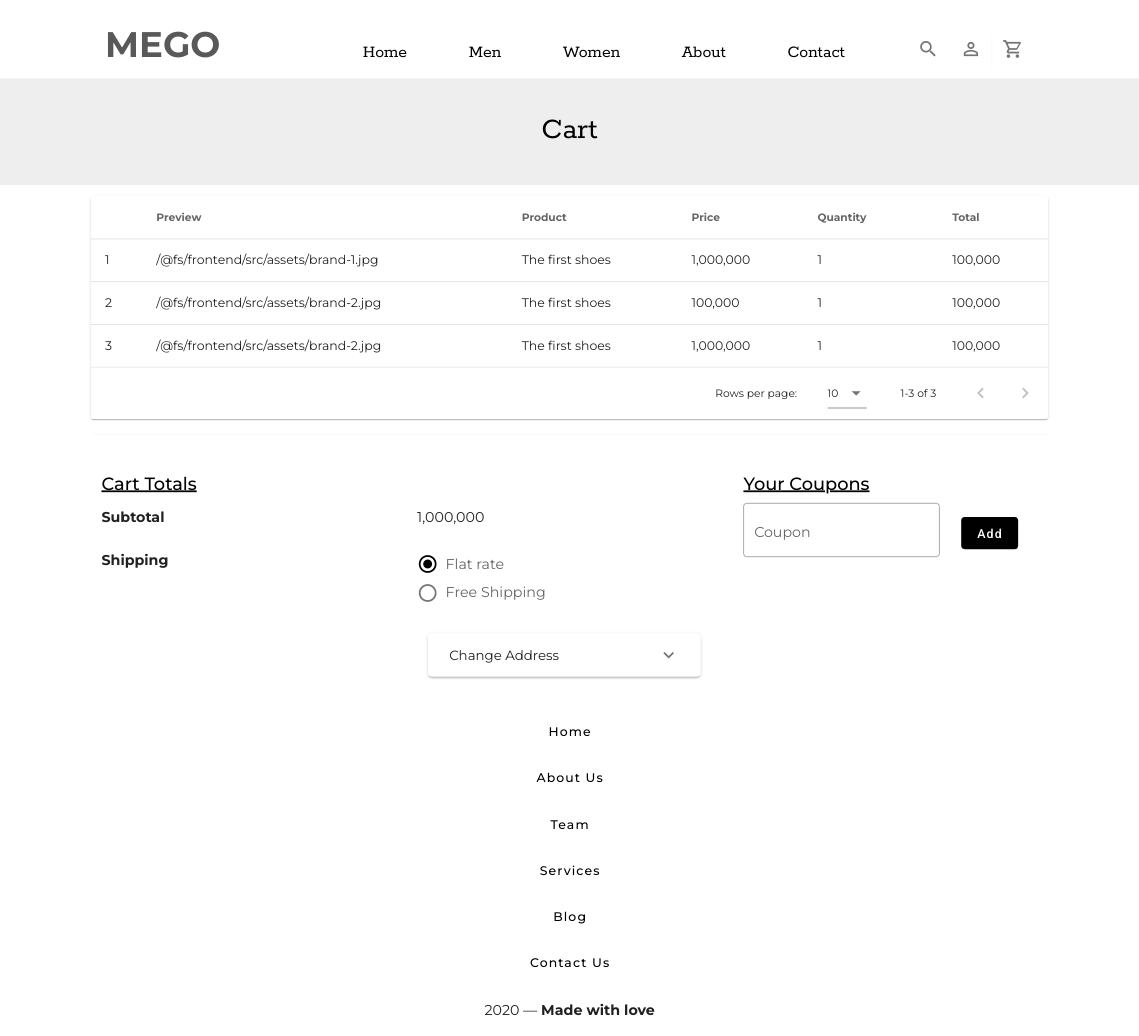
Repository: nguyenphuong152/shoesstore
Page: /cart (app in frontend/)
The author's editor kept a copy of each file at every save. The page is drawn from the files as they stood at one save, then again after the next save.
The browser window is 1280 px wide. The pictures show the whole page, at 89% of full size.
The project was rebuilt for these pictures with package versions that can differ from the ones it lists, and the page was loaded fresh each time. Also part of the build but not shown: frontend/vue.config.js, frontend/src/components/Customer/Collection.vue, frontend/src/components/Customer/Banner.vue, frontend/src/components/Customer/BestSeller.vue, frontend/src/components/Customer/Partner.vue, frontend/src/views/Customer/Home.vue, frontend/src/components/Customer/ProductCategory.vue, frontend/src/components/Customer/ProductView.vue and 10 more. Imported but missing from the stored project, and not drawn on this page: frontend/src/views/Admin/Category.vue, frontend/src/views/Admin/ManageProduct.vue, frontend/src/views/Admin/ManageUser.vue, frontend/src/views/Admin/OrderList.vue.

Above is the page before, as saved 2020-11-28 20:46:21.

### frontend/public/index.html
<!DOCTYPE html>
<html lang="en">
  <head>
    <meta charset="utf-8">
    <head>
      <title>MEGO</title>
    </head>
    <meta http-equiv="X-UA-Compatible" content="IE=edge">
    <meta name="viewport" content="width=device-width,initial-scale=1.0">
    <link rel="icon" href="<%= BASE_URL %>favicon.ico">
    <title><%= htmlWebpackPlugin.options.title %></title>
    <link href="https://fonts.googleapis.com/css?family=Montserrat:300,400,500,600,700" rel="stylesheet">
    <link href="https://fonts.googleapis.com/css?family=Rokkitt:100,300,400,700" rel="stylesheet">
    <link rel="stylesheet" href="https://fonts.googleapis.com/css?family=Roboto:100,300,400,500,700,900">
    <link rel="stylesheet" href="https://cdn.jsdelivr.net/npm/@mdi/font@latest/css/materialdesignicons.min.css">
  </head>
  <body>
    <noscript>
      <strong>We're sorry but <%= htmlWebpackPlugin.options.title %> doesn't work properly without JavaScript enabled. Please enable it to continue.</strong>
    </noscript>
    <div id="app"></div>
    <!-- built files will be auto injected -->
  </body>
</html>

### frontend/src/main.js
import Vue from 'vue'
import App from './App.vue'
import vuetify from './plugins/vuetify';
import router from './router'
import '../sass/style.scss'
import 'bootstrap/dist/css/bootstrap.css'
import 'bootstrap-vue/dist/bootstrap-vue.css'
import { BootstrapVue, IconsPlugin } from 'bootstrap-vue'

Vue.use(BootstrapVue)
// Optionally install the BootstrapVue icon components plugin
Vue.use(IconsPlugin)
Vue.config.productionTip = false

new Vue({
  vuetify,
  router,
  render: h => h(App)
}).$mount('#app')

### frontend/src/App.vue
<template>
  <v-app app>
    <v-container v-if="!['Admin', 'Banner', 'Category','Product','ManageUser','OrderList','Dashboard'].includes($route.name)">
      <Toolbar />
    </v-container>
    <v-main>
      <router-view></router-view>
    </v-main>
      <Footer v-if="!['Admin', 'Banner', 'Category','Product','ManageUser','OrderList','Dashboard'].includes($route.name)"/>
  </v-app>

</template>

<script>

import Footer from "./components/Customer/Footer";
import Toolbar from "./components/Customer/Toolbar";

export default {
  name: "App",

  components: {
    Toolbar,
    Footer
  },

  data: () => ({
    //
  }),
};
</script>

### frontend/src/plugins/vuetify.js
import Vue from 'vue';
import Vuetify from 'vuetify/lib';


Vue.use(Vuetify);

const vuetify = new Vuetify({
    theme: {
      themes: {
        light: {
          primary: '#000',
          secondary: '#b0bec5',
          accent: '#8c9eff',
          error: '#b71c1c',
        },
      },
    },
  })

export default new Vuetify({
    vuetify,
});

### frontend/src/router/index.js
import Vue from "vue";
import VueRouter from "vue-router";
import Home from "../views/Customer/Home.vue";
import Men from "../views/Customer/Men.vue";
import Women from "../views/Customer/Women.vue";
import Admin from "../views/Admin/Admin.vue";
import Product from "../views/Admin/ManageProduct.vue";
import Banner from "../views/Admin/Banner.vue";
import Category from "../views/Admin/Category.vue";
import ManageUser from "../views/Admin/ManageUser.vue";
import OrderList from "../views/Admin/OrderList.vue";
import Dashboard from "../views/Admin/Dashboard.vue"
//import ProductDetail from "../views/ProductDetail.vue"

Vue.use(VueRouter);

const routes = [
  {
    path: "/",
    name: "Home",
    component: Home,
  },
  {
    path: "/men",
    name: "Men",
    component: Men,
  },
  {
    path: "/women",
    name: "Women",
    component: Women,
  },
  {
    path: "/about",
    name: "About",
    // route level code-splitting
    // this generates a separate chunk (about.[hash].js) for this route
    // which is lazy-loaded when the route is visited.
    component: () =>
      import(/* webpackChunkName: "about" */ "../views/Customer/About.vue"),
  },
  {
    path: "/contact",
    name: "Contact",
    component: () =>
      import(/* webpackChunkName: "about" */ "../views/Customer/Contact.vue"),
  },
  {
    path: "/cart",
    name: "Cart",
    component: () =>
      import(/* webpackChunkName: "about" */ "../views/Customer/Cart.vue"),
  },
  {
    path: "/account",
    name: "Account",
    component: () =>
      import(/* webpackChunkName: "about" */ "../views/Customer/Account.vue"),
  },
  {
    path: "/userlogin",
    name: "UserLogin",
    component: () =>
      import(/* webpackChunkName: "about" */ "../views/Customer/UserLogin.vue"),
  },
  {
    path: "/checkout",
    name: "Checkout",
    component: () =>
      import(/* webpackChunkName: "about" */ "../views/Customer/Checkout.vue"),
  },
  {
    path: "/product/:id",
    name: "ProductDetail",
    component: () =>
      import(/* webpackChunkName: "about" */ "../views/Customer/ProductDetail.vue"),
  },
  {
    path: "/admin",
    name: "Admin",
    component: Admin,
    children: [
      {
        path: "/banner",
        name: "Banner",
        component: Banner,
      },
      {
        path: "/category",
        name: "Category",
        component: Category,
      },
      {
        path: "/product",
        name: "Product",
        component: Product,
      },
      {
        path: "/manageuser",
        name: "ManageUser",
        component: ManageUser,
      },
      {
        path: "/orderlist",
        name: "OrderList",
        component: OrderList,
      },
      {
        path: "/dashboard",
        name: "Dashboard",
        component: Dashboard,
      },
    ],
  },
];

const router = new VueRouter({
  mode: "history",
  base: process.env.BASE_URL,
  routes,
});

export default router;

### frontend/sass/style.scss

$font-primary: 'Montserrat',
Arial,
sans-serif;
$font-secondary: 'Rokkitt',
Georgia,
serif;


@import '~vuetify/src/styles/styles.sass';

// Overrides
$grid-gutter-width: 20px !default;
$border-radius-base: 4px !default;
$padding-base-vertical: 14px !default;

$brand-primary: #616161 !default;
$brand-secondary: #88c8bc !default;
$brand-yellow: #FFDD00 !default;
$brand-footer-color: #2C2E3E;

$brand-white: #fff;
$brand-black: #000;
$brand-darker: #444;
$brand-gray: #ccc;
$brand-lighter: #e9e9e9;
$brand-body-color: #e8e8e8;
$brand-selection-color: #f9f6f0;
$brand-overlay-color: #4c4a8a;
$brand-bg-color: $brand-white;

.v-btn {
  text-transform:none !important;
}
// .v-text-field{
//   width: 50px;
//   height: 10px;
// }

#app {
  -webkit-font-smoothing: antialiased;
  -moz-osx-font-smoothing: grayscale;

  text-align: center;
  .container {
    max-width: 1100px;
  }
  font: 300
}

.nav {
  padding-left: 0px;
  a {
    font-size: 20px;
    color: lighten($brand-black,35%);
    font-family: $font-secondary;
    text-decoration: none;
    font-weight: 500;
    &.router-link-exact-active {
      color: #42b983;
    }

  }
}

#logo {
  font-size: 40px;
  font-weight: 700;
  font-family: $font-primary;
  color: lighten($brand-black, 35%);
}


.slogan {
  font-size: 50px;
  color: #2c3e50;
  font-family: $font-secondary;
  text-decoration: none;
}

.title-collection{
  @extend .slogan;
  font-size: 25px;
}


.slogan-3 {
  @extend .slogan;
  font-size: 35px;
}

.title-shoes {
  @extend .slogan;
  font-size: 20px;
}


.footer-text {
  font-family:$font-primary;
  font-size: 16px;
}

.admin {
  font-family: $font-primary;
  font-size:16px;
}

.admin-nav {
  font-family: $font-primary !important;
  font-size: 20px !important;
  color: white !important;
}

### frontend/src/components/Customer/Footer.vue
<template>
  <v-footer class="white" padless>
    <v-row justify="center" no-gutters>
      <v-btn
        v-for="link in links"
        :key="link"
        color="black"
        text
        rounded
        class="my-2 footer-text"
      >
        {{ link }}
      </v-btn>
      <v-col class="white py-4 text-center fluid footer-text" cols="12">
        {{ new Date().getFullYear() }} — <strong>Made with love</strong>
      </v-col>
    </v-row>
  </v-footer>
</template>

<script>
export default {
  data: () => ({
    links: ["Home", "About Us", "Team", "Services", "Blog", "Contact Us"],
  }),
};
</script>

<style></style>

### frontend/src/components/Customer/Toolbar.vue
<template>
  <v-toolbar flat>
    <v-row class="d-flex align-baseline">
      <v-col cols="3" class="d-flex justify-lg-start">
        <v-toolbar-title id="logo">MEGO</v-toolbar-title>
      </v-col>
      <v-col class="d-flex justify-space-around text-start nav">
        <router-link to="/">Home</router-link>
        <router-link to="/men">Men</router-link>
        <router-link to="/women">Women</router-link>
        <router-link to="/about">About</router-link>
        <router-link to="/contact">Contact</router-link>
      </v-col>
      <v-col cols="2" class="d-flex justify-end">
        <v-btn icon>
          <v-icon>mdi-magnify</v-icon>
        </v-btn>
        <v-menu
          open-on-hover
          top
          offset-y
          :position-x="960"
          :position-y="230"
          absolute
        >
          <template v-slot:activator="{ on, attrs }">
            <v-btn icon v-bind="attrs" v-on="on">
              <v-icon>mdi-account-outline</v-icon>
            </v-btn>
          </template>

          <v-list class="text-start nav">
            <v-list-item v-for="(item, index) in routes" :key="index" :to="item.path">
              <v-list-item-title>{{ item.name }}</v-list-item-title>
            </v-list-item>
          </v-list>
        </v-menu>
        <v-divider vertical inset></v-divider>
        <v-btn icon @click="goToCart">
          <v-icon>mdi-cart-outline</v-icon>
        </v-btn>
      </v-col>
    </v-row>
  </v-toolbar>
</template>

<script>
export default {
  data: () => ({
    routes: [
      {
        path:"/checkout",
        name:"Check Out"
       },
       {
        path:"/account",
        name:"My Account"
       },
       {
        path:"/userlogin",
        name:"User Login"
       },

    ],
  }),
  methods: {
     goToCart: function() {
     this.$router.push({name: 'Cart'})
     }
  }
};
</script>

<style></style>

### frontend/src/views/Customer/Cart.vue
<template>
  <div class="cart app">
    <v-sheet color="grey lighten-3" height="120">
      <v-container py-8>
        <a class="slogan-3">Cart</a>
      </v-container>
    </v-sheet>
    <div>
      <v-container>
        <totalProducts />
        <v-divider></v-divider>
        <v-row class=" d-flex align-baseline">
          <v-col>
            <cartTotals />
          </v-col>
          <v-col cols="4">
            <addCoupons />
          </v-col>
        </v-row>
      </v-container>
    </div>
  </div>
</template>

<script>
import totalProducts from "../../components/Customer/TotalProducts";
import addCoupons from "../../components/Customer/AddCoupon";
import cartTotals from "../../components/Customer/CartTotal";

export default {
  components: { totalProducts, addCoupons, cartTotals },
  data() {},
};
</script>

### frontend/src/components/Customer/TotalProducts.vue
<template>

      <v-data-table :headers="headers" :items="products" class="elevation-1 admin">
        <template v-slot:item.preview>
          <v-img
            lazy-src="item.path"
            max-height="100"
            max-width="100"
            src="'item.path'"
          ></v-img>
        </template>
      </v-data-table>


</template>

<script>
export default {
  data() {
    return {
      headers: [
        {
          text: "",
          align: "start",
          sortable: false,
          value: "id",
        },
        { text: "Preview", value: "path" },
        { text: "Product", value: "name" },
        { text: "Price", value: "price" },
        { text: "Quantity", value: "quantity" },
        { text: "Total", value: "total" },
      ],
      products: [
        {
          id: 1,
          path: require('../../assets/brand-1.jpg'),
          name: "The first shoes",
          price: Intl.NumberFormat('en-EN', { maximumSignificantDigits: 3 }).format(1000000),
          quantity: 1,
          total: Intl.NumberFormat('en-EN', { maximumSignificantDigits: 3 }).format(100000),
        },
        {
          id: 2,
          path: require('../../assets/brand-2.jpg'),
          name: "The first shoes",
          price:Intl.NumberFormat('en-EN', { maximumSignificantDigits: 3 }).format(100000),
          quantity: 1,
          total: Intl.NumberFormat('en-EN', { maximumSignificantDigits: 3 }).format(100000)
        },
        {
         id: 3,
          path: require('../../assets/brand-2.jpg'),
          name: "The first shoes",
          price: Intl.NumberFormat('en-EN', { maximumSignificantDigits: 3 }).format(1000000),
          quantity: 1,
          total:Intl.NumberFormat('en-EN', { maximumSignificantDigits: 3 }).format(100000),
        },
      ],
    };
  },
};
</script>

<style></style>

### frontend/src/components/Customer/AddCoupon.vue
<template>
  <div class="app text-start">
      <a class="admin-nav font-weight-medium black--text">Your Coupons</a>
      <v-row class="d-flex align-baseline">
           <v-col
          cols="8"
        >
          <v-text-field
          class="admin"
            label="Coupon"
            outlined
          ></v-text-field>
        </v-col>
         <v-col
        >
           <v-btn
      depressed
      color="primary"
    >
      Add
    </v-btn>
        </v-col>
      </v-row>
  </div>
</template>

<script>
export default {

}
</script>

<style>

</style>

### frontend/src/components/Customer/CartTotal.vue
<template>
  <v-container class="text-start admin">
    <a class="admin-nav font-weight-medium black--text">Cart Totals</a>
    <v-row>
      <v-col>
        <strong> Subtotal</strong>
      </v-col>
      <v-col>
        <a>{{
          Intl.NumberFormat("en-EN", { maximumSignificantDigits: 3 }).format(
            1000000
          )
        }}</a>
      </v-col>
    </v-row>
    <v-row>
      <v-col>
        <strong> Shipping</strong>
      </v-col>
      <v-col>
        <v-radio-group v-model="radioGroup" class=" ma-0">
          <v-radio
            v-for="shipping in shippings"
            :key="shipping"
            :label="shipping.label"
            :value="shipping.value"
          ></v-radio>
        </v-radio-group>
        <v-container>
          <v-expansion-panels>
            <v-expansion-panel>
              <v-expansion-panel-header>
                Change Address
              </v-expansion-panel-header>
              <v-expansion-panel-content>
                Lorem ipsum dolor sit amet, consectetur adipiscing elit, sed do
                eiusmod tempor incididunt ut labore et dolore magna aliqua. Ut
                enim ad minim veniam, quis nostrud exercitation ullamco laboris
                nisi ut aliquip ex ea commodo consequat.
              </v-expansion-panel-content>
            </v-expansion-panel>
          </v-expansion-panels>
        </v-container>
      </v-col>
    </v-row>
  </v-container>
</template>

<script>
export default {
  data() {
    return {
      radioGroup: 1,
      shippings: [
        {
          label: "Flat rate",
          value: 1,
        },
        {
          label: "Free Shipping",
          value: 2,
        },
      ],
    };
  },
};
</script>

<style></style>

After the next save:
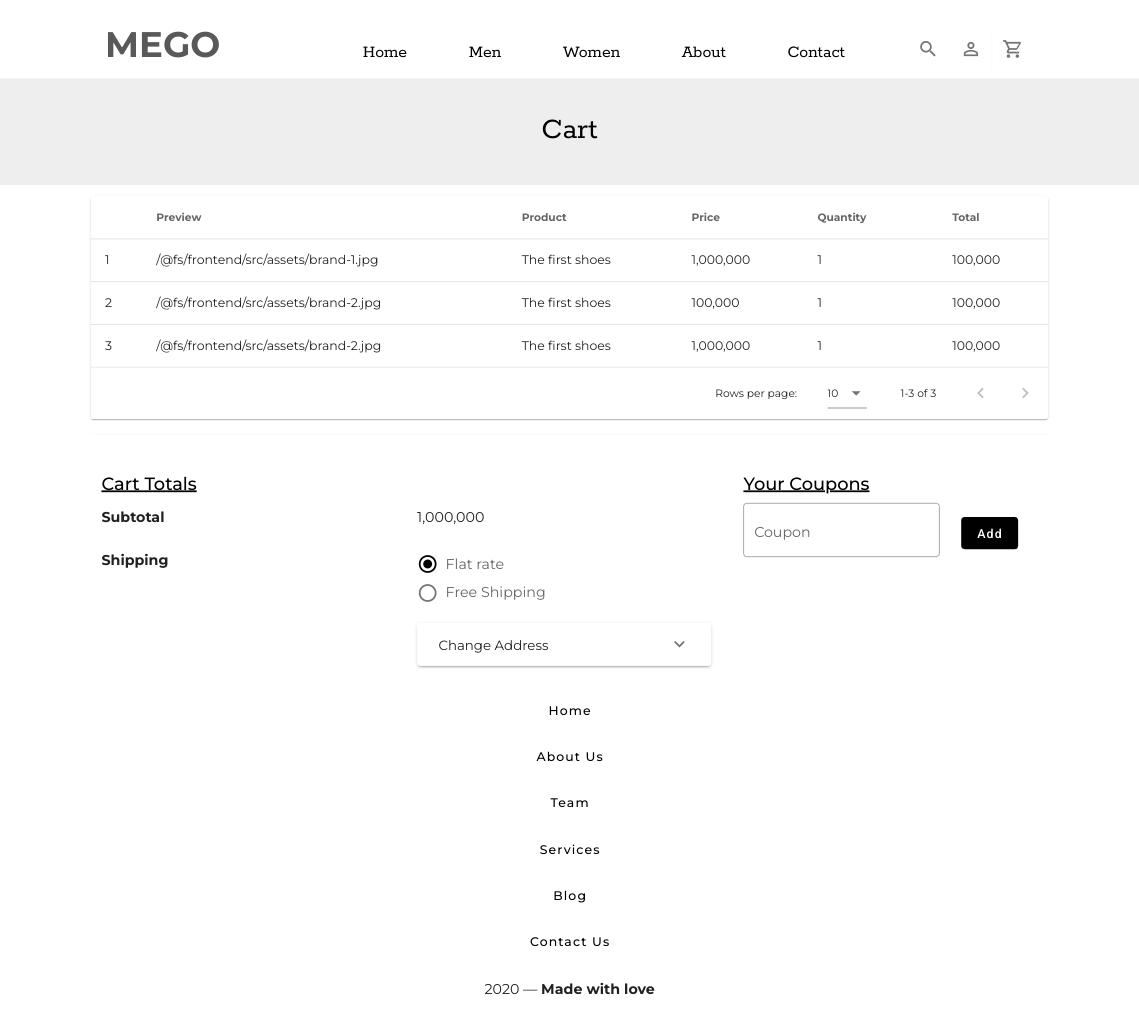
Saved 16 s later.
--- a/frontend/src/components/Customer/CartTotal.vue
+++ b/frontend/src/components/Customer/CartTotal.vue
@@ -26,7 +26,7 @@
             :value="shipping.value"
           ></v-radio>
         </v-radio-group>
-        <v-container>
+
           <v-expansion-panels>
             <v-expansion-panel>
               <v-expansion-panel-header>
@@ -40,7 +40,7 @@
               </v-expansion-panel-content>
             </v-expansion-panel>
           </v-expansion-panels>
-        </v-container>
+
       </v-col>
     </v-row>
   </v-container>
